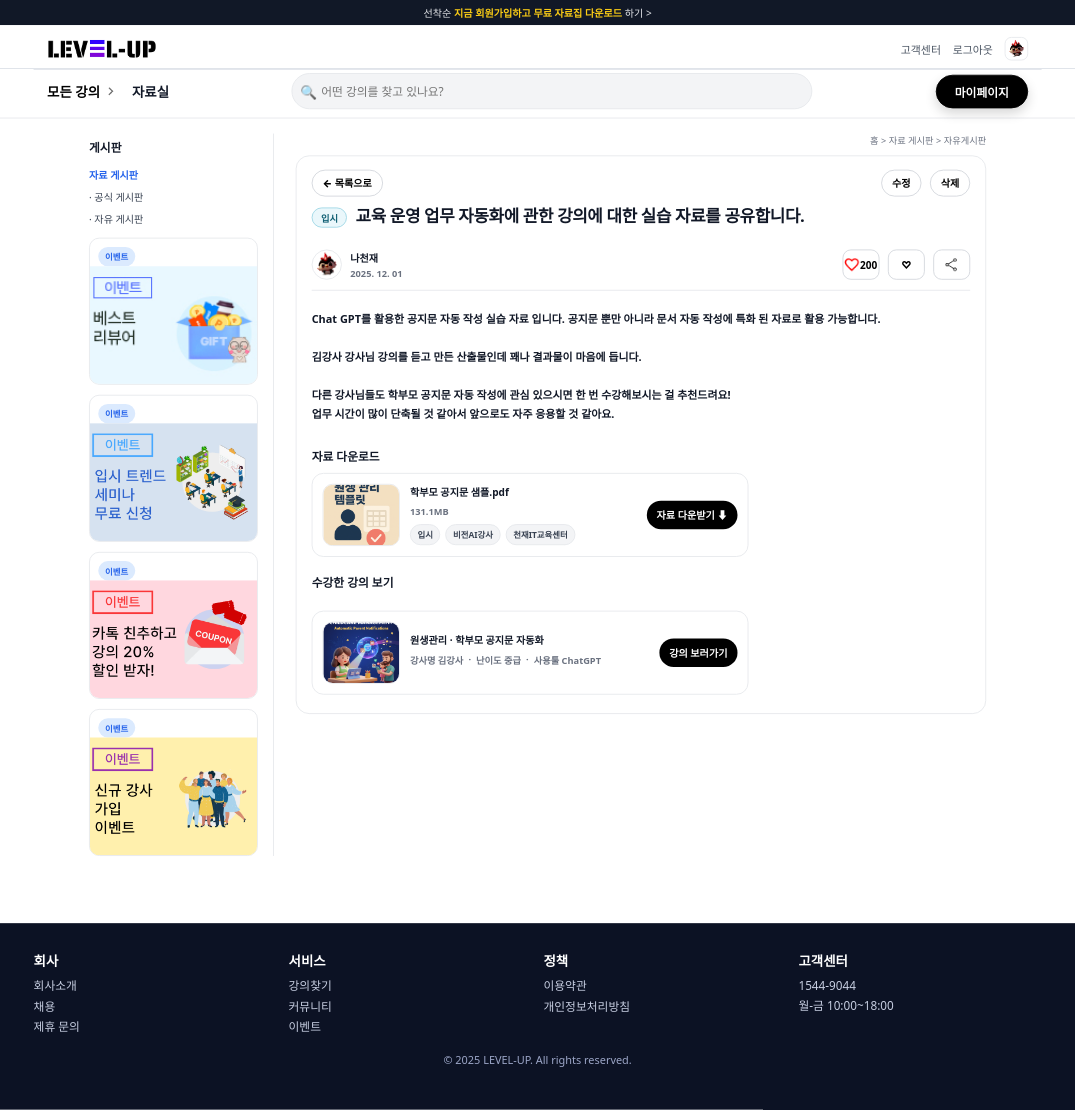
Repository: Iimchaehoon/level_up
Page: board_detail.html
These files come from the project's save history. The page is drawn as it stood at one moment and after the next save; the edit follows.
The browser window is 1280 px wide. The pictures show the whole page, at 84% of full size.

Above is the page before, as saved 2025-12-16 23:13:01.

After the next save:
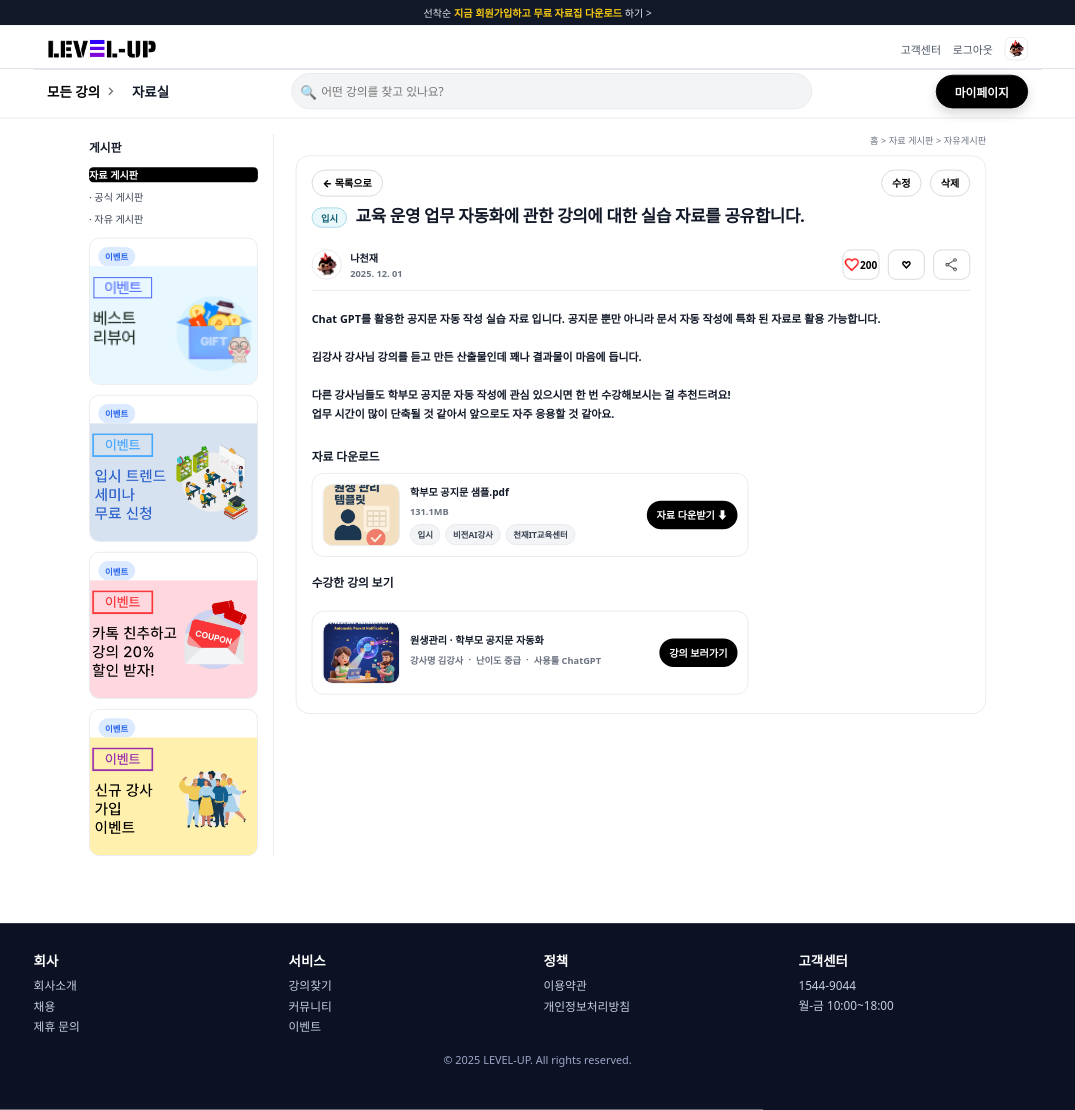
Saved 75 s later.
--- a/board_detail.html
+++ b/board_detail.html
@@ -154,7 +154,7 @@
     .side__title{ font-size:14px; font-weight:900; margin:6px 0 14px; }
     .side__links{ display:flex; flex-direction:column; gap:8px; font-size:12px; }
     .side__links a{ color:var(--gray-700); cursor:pointer; }
-    .side__links a.active{ color:var(--primary); font-weight:900; }
+    .side__links a.active{ color: white; background: black; font-weight:900; border-radius: 5px; }
 
     .side__cards{ margin-top:14px; display:flex; flex-direction:column; gap:12px; }
     .evt{ border:1px solid var(--gray-200); border-radius:12px; overflow:hidden; background:#fff; }
